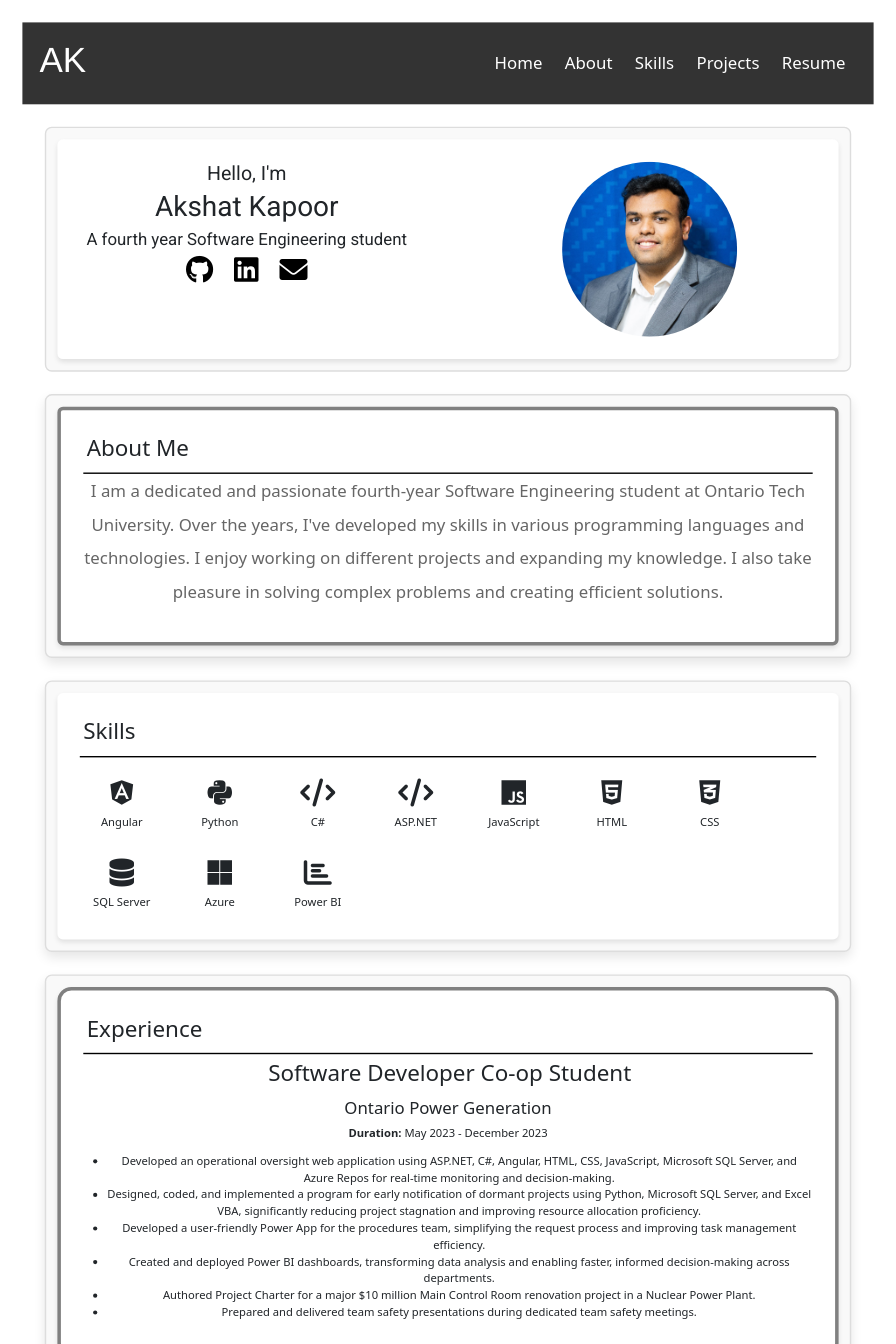
Repository: AkshatKapo/My-Portfolio
Page: /
These files come from the project's save history. The page is drawn as it stood at one moment and after the next save; the edit follows.
The browser window is 1280 px wide. The pictures show the part of the page from y = 0 to 1920 px (the page is 3269 px tall), at 70% of full size.
The project was rebuilt for these pictures with package versions that can differ from the ones it lists, and the page was loaded fresh each time. Also part of the build but not shown: vite.config.js.

Above is the page before, as saved 2024-06-18 09:50:52.

After the next save:
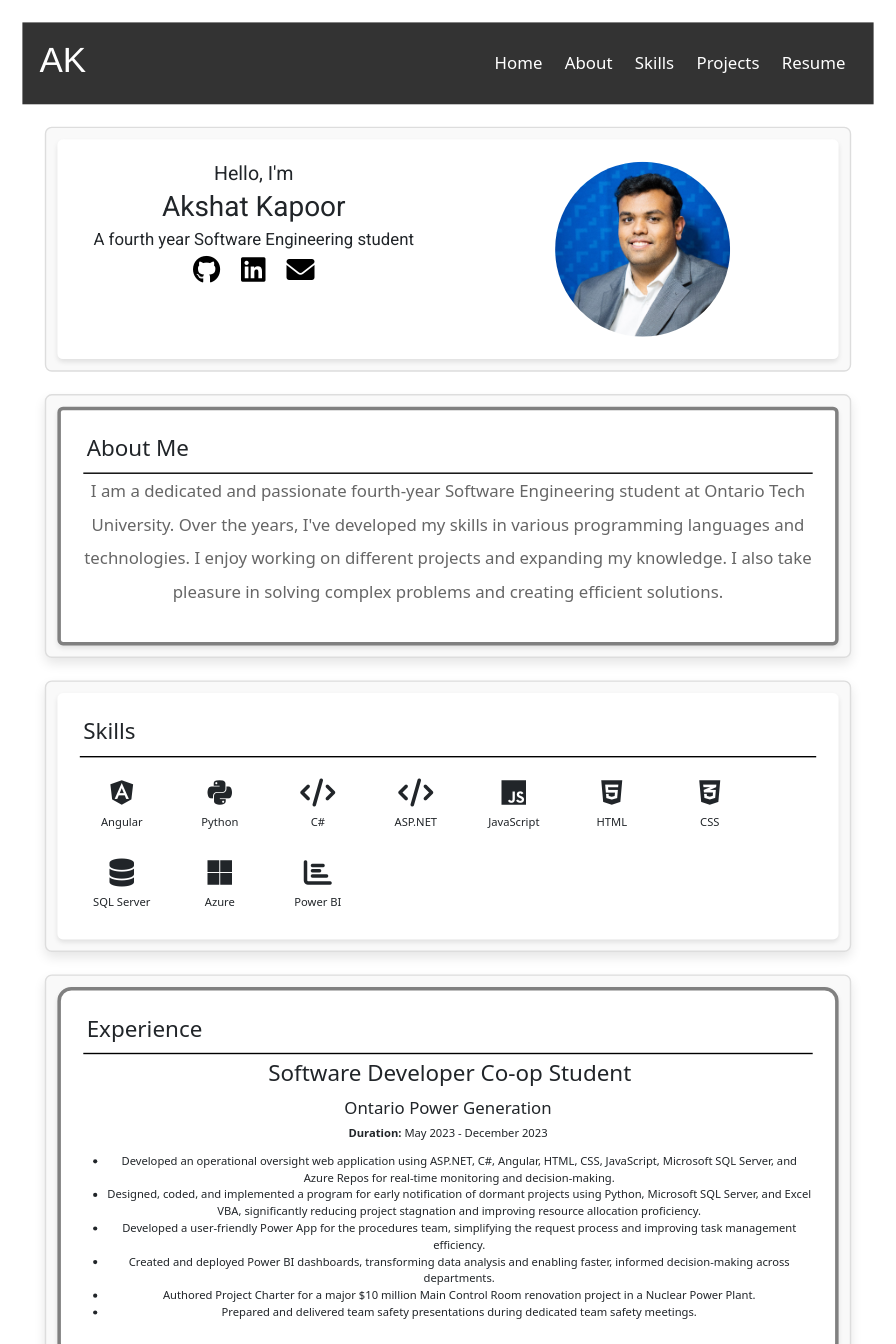
Saved 42 s later.
--- a/src/components/Home.css
+++ b/src/components/Home.css
@@ -20,7 +20,7 @@
   padding: 2rem; /* Padding around the content */
   box-shadow: 0 4px 8px rgba(0, 0, 0, 0.1); /* Shadow for styling */
   border-radius: 8px; /* Rounded corners */
-  gap: 20px;
+
 }
 
 .text-content {
